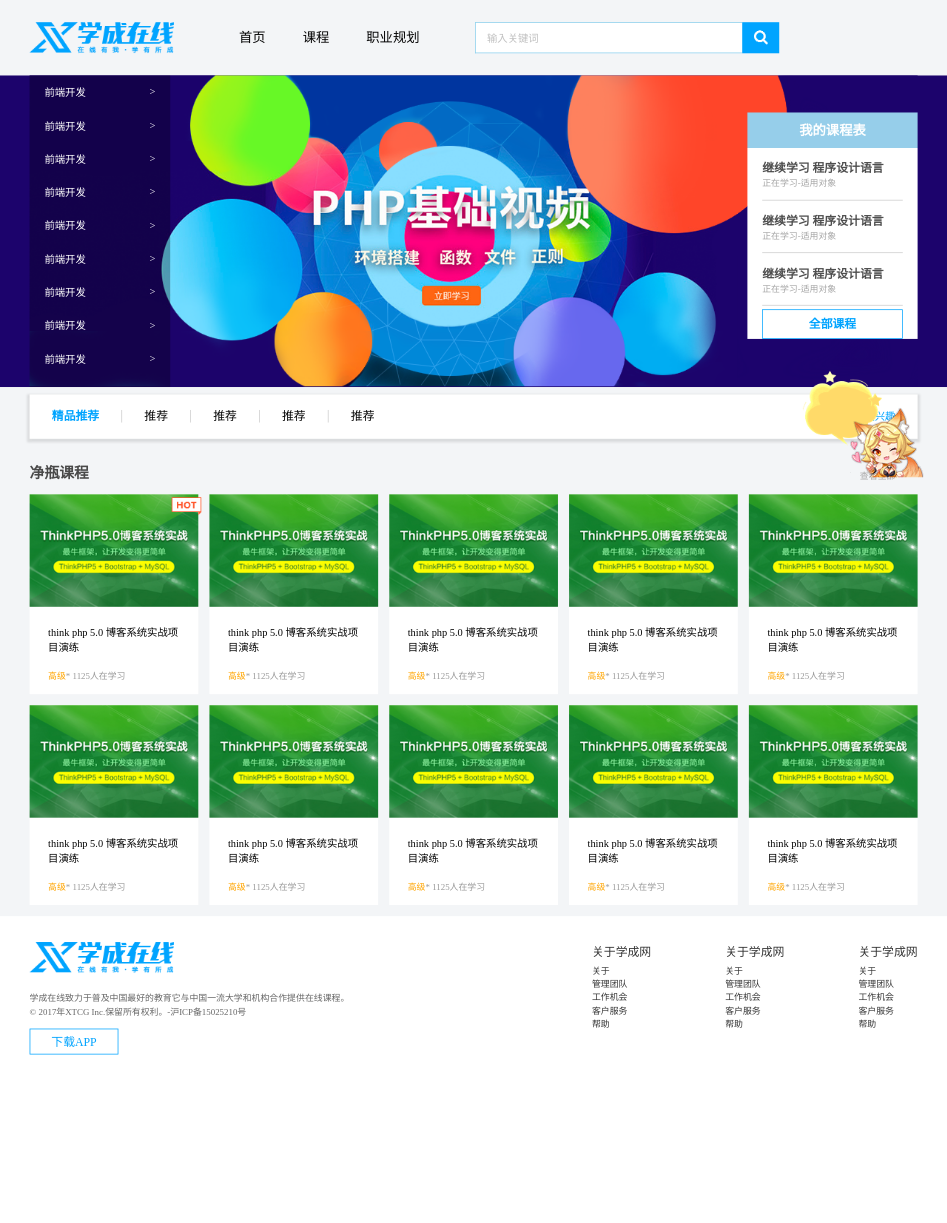
Repository: R1Deemo/Web-Project
Page: index..html
The author's editor kept a copy of each file at every save. The page is drawn from the files as they stood at one save, then again after the next save.
The browser window is 1280 px wide. The pictures show the whole page, at 74% of full size.

Above is the page before, as saved 2022-03-10 20:27:13.

After the next save:
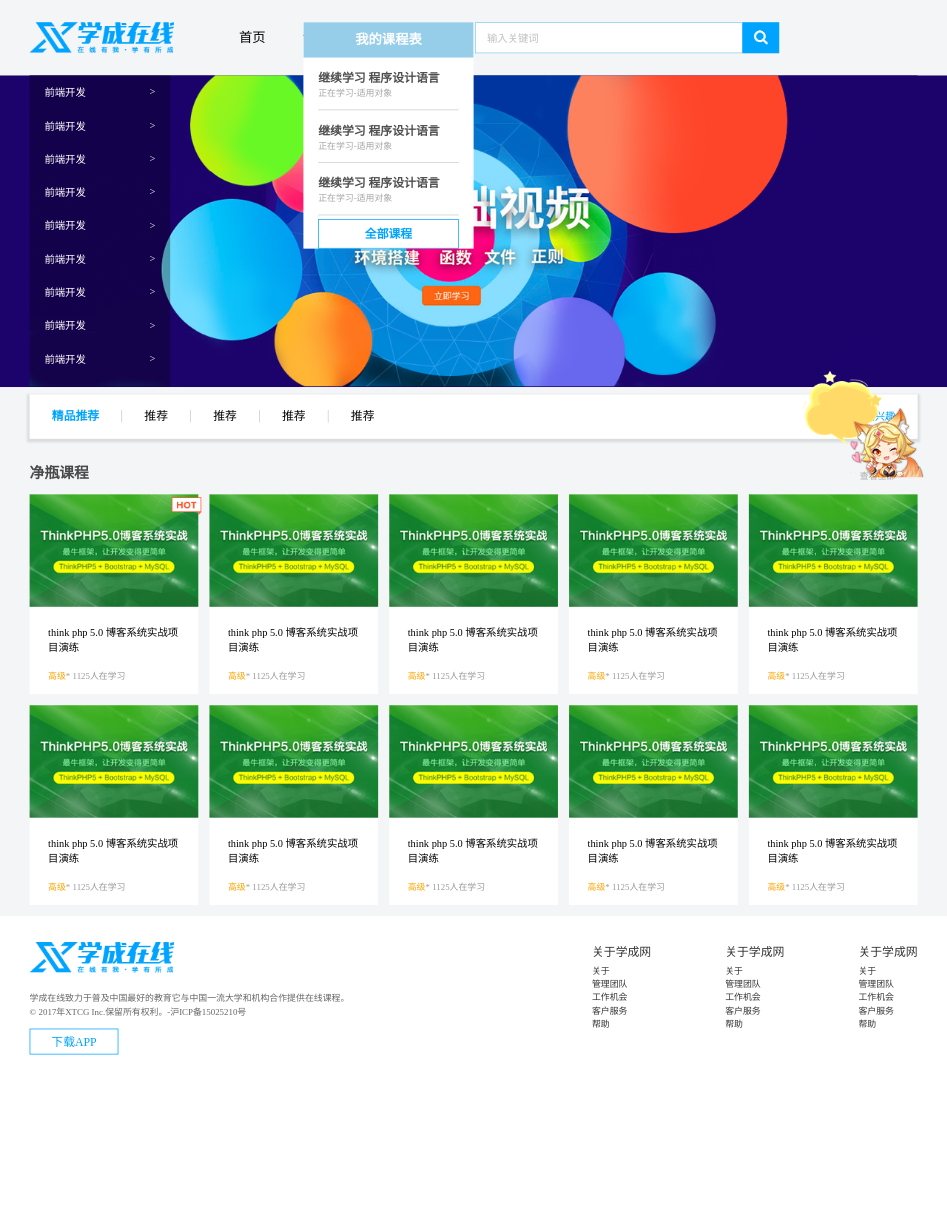
Saved 109 s later.
--- a/style.css
+++ b/style.css
@@ -132,8 +132,12 @@
 }
 
 .course {
-    float: right;
-    margin-top: 50px;
+    /* float: right; */
+    position: fixed;
+    top: 30px;
+    right: 50%;
+    /* margin-top: 50px; */
+    margin-left: 600px;
     width: 230px;
     height: 300px;
     /* background-color: #fff; */
